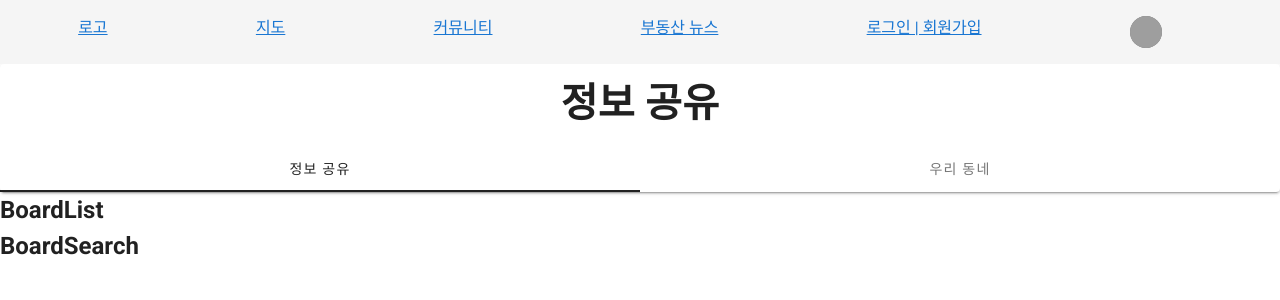
Repository: misso88/vue-whereIsMyHome
Page: /community
An editor plug-in stored every save of this project. The page is shown before and after a run of saves, followed by the edit.
The browser window is 1280 px wide. The pictures show the whole page.
The project was rebuilt for these pictures with package versions that can differ from the ones it lists, and the page was loaded fresh each time. Also part of the build but not shown: vue.config.js, src/views/AppMain.vue, src/components/house/sidebar/HouseListItem.vue, src/components/house/sidebar/HouseList.vue, src/components/house/sidebar/HouseListFilter.vue, src/components/house/sidebar/HouseSidebar.vue, src/components/house/map/HouseMapFilter.vue, src/components/house/map/HouseMap.vue and 2 more.

Above is the page before, as saved 2022-11-16 10:41:29.

### public/index.html
<!DOCTYPE html>
<html lang="en">
  <head>
    <meta charset="utf-8" />
    <meta http-equiv="X-UA-Compatible" content="IE=edge" />
    <meta name="viewport" content="width=device-width,initial-scale=1.0" />
    <link rel="icon" href="<%= BASE_URL %>favicon.ico" />
    <title><%= htmlWebpackPlugin.options.title %></title>
    <link
      rel="stylesheet"
      href="https://fonts.googleapis.com/css?family=Roboto:100,300,400,500,700,900"
    />
    <link
      rel="stylesheet"
      href="https://cdn.jsdelivr.net/npm/@mdi/font@latest/css/materialdesignicons.min.css"
    />
    <link
      rel="stylesheet"
      href="https://fonts.googleapis.com/css?family=Roboto:100,300,400,500,700,900"
    />
    <link
      rel="stylesheet"
      href="https://cdn.jsdelivr.net/npm/@mdi/font@latest/css/materialdesignicons.min.css"
    />
    <!-- <style>
      html{
        overflow-y: hidden !important;
      }
    </style> -->
  </head>
  <body>
    <noscript>
      <strong
        >We're sorry but <%= htmlWebpackPlugin.options.title %> doesn't work properly without
        JavaScript enabled. Please enable it to continue.</strong
      >
    </noscript>
    <div id="app"></div>
    <!-- built files will be auto injected -->
  </body>
</html>

### src/App.vue
<template>
  <v-app>
    <v-app-bar app elevation="0" absolute clipped-left>
      <the-header></the-header>
    </v-app-bar>
    <v-main>
      <router-view></router-view>
    </v-main>
  </v-app>
</template>

<script>
import TheHeader from "@/components/layout/TheHeader";

export default {
  name: "App",
  components: {
    TheHeader,
  },
};
</script>

### src/router/index.js
import Vue from 'vue'
import VueRouter from 'vue-router'

import AppMain from '@/views/AppMain'
import AppHouse from '@/views/AppHouse'
// import AppCommunity from '@/views/AppCommunity'
import AppNews from '@/views/AppNews'
// import AppMember from '@/views/AppMember'


Vue.use(VueRouter)

const routes = [
  {
    path: '/',
    name: 'main',
    component: AppMain
  },
  {
    path: '/map',
    name: 'map',
    component: AppHouse
  },
  {
    path: '/community',
    name: 'community',
    component: () => import("@/views/AppCommunity"),
    redirect: "/community/list",
    children: [
      {
        path: "list",
        name: "boardlist",
        component: () => import("@/components/board/BoardList")
      },
    ]
  },
  {
    path: '/news',
    name: 'news',
    component: AppNews
  },
  {
    path: '/member',
    name: 'member',
    component: () => import("@/views/AppMember"),
    children: [
      {
        path: "login",
        name: "login",
        component: () => import("@/components/member/MemberLogin")
      },
      {
        path: "join",
        name: "join",
        component: () => import("@/components/member/MemberJoin")
      },
    ]
  },
  {
    path: "/profile",
    name: "profile",
    component: () => import("@/views/TempProfile"),
    children: [
      {
        path: "mypage",
        name: "mypage",
        component: () => import("@/components/profile/ProfileMypage")
      },
      {
        path: "wishlist",
        name: "wishlist",
        component: () => import("@/components/profile/ProfileWishlist")
      },
      {
        path: "notice",
        name: "notice",
        component: () => import("@/components/profile/ProfileNotice")
      },
      {
        path: "helpcenter",
        name: "helpcenter",
        component: () => import("@/components/profile/ProfileHelpcenter")
      },
    ]
  },
]

const router = new VueRouter({
  mode: 'history',
  base: process.env.BASE_URL,
  routes
})

export default router

### src/store/index.js
import Vue from 'vue'
import Vuex from 'vuex'
import createPersistedState from "vuex-persistedstate";

Vue.use(Vuex)

export default new Vuex.Store({
  state: {
    type: null,
  },
  getters: {
  },
  mutations: {
    SET_TYPE (state, type) {
      state.type = type;
    },
  },
  actions: {
  },
  modules: {},
  plugins: [
    createPersistedState({
      // 브라우저 종료시 제거하기 위해 localStorage가 아닌 sessionStorage로 변경. (default: localStorage)
      storage: sessionStorage,
    }),
  ],

})

### src/components/layout/TheHeader.vue
<template>
  <v-row  class="d-flex justify-space-around">
    <router-link
      v-for="item in header" :key="item.name"
      :to="{ name: item.name}" > {{ item.title }}</router-link>
    <!-- 프로필 -->
     <v-avatar
          class="mr-10"
          color="grey darken-1"
          size="32"
        >
      <v-menu offset-y>
      <template v-slot:activator="{ on, attrs }">
        <v-btn
          color="grey"
          v-bind="attrs"
          v-on="on"
        >
          <!-- 프로필 이미지 -->
        </v-btn>
      </template>
      <v-list>
        <v-list-item
          v-for="(item, index) in profile"
          :key="index"
        >
          <router-link :to="{ name: item.name}" > {{ item.title }}</router-link>
        </v-list-item>
      </v-list>
    </v-menu>
    </v-avatar>
  </v-row>
</template>

<script>
export default {
    name: "TheHeader",
    data() {
        return {
          header: [],
          profile: []
        };
    },
    created() {
      this.header = [
        {
          name: "main",
          title: "로고"
        },
        {
          name: "map",
          title: "지도"
        },
        {
          name: "community",
          title: "커뮤니티"
        },
        {
          name: "news",
          title: "부동산 뉴스"
        },
        {
          name: "login",
          title: "로그인 | 회원가입"
        },
      ],
      this.profile = [
        {
          name: "mypage",
          title: "내정보"
        },
        {
          name: "wishlist",
          title: "찜 목록"
        },
        {
          name: "notice",
          title: "공지사항"
        },
        {
          name: "helpcenter",
          title: "고객센터"
        },
        {
          name: "mypage",
          title: "로그아웃"
        },
      ]
    }
}
</script>

<style>

</style>

### src/views/AppCommunity.vue
<template>
  <div>
    <board-header></board-header>
    <router-view></router-view>
  </div>

</template>

<script>
import BoardHeader from "@/components/board/BoardHeader";

export default {
  name: "AppCommunity",
  components: {
    BoardHeader,
  },
};
</script>

<style>

</style>

### src/components/board/BoardList.vue
<template>
  <div>
    <h2>BoardList</h2>
    <board-search></board-search>
    <div>{{ type }}</div>
  </div>
</template>

<script>
import BoardSearch from "@/components/board/BoardSearch";
export default {
    name: "BoardList",
    data() {
        return {
            type: 0
        }
    },
    created() {
        console.log("created");
        this.type = this.$store.state.type;
        console.log(this.type);
    },
    components: {
        BoardSearch
    }
}
</script>

<style>

</style>

### src/components/board/BoardHeader.vue
<template>
  <!-- <div>
    <h2>BoardHeader</h2>
    <button @click="a('1')">정보 공유</button>
    <button @click="a('2')">우리 동네</button>
  </div> -->
  <v-card color="basil">
    <v-card-title class="text-center justify-center py-6">
      <h1 val class="font-weight-bold basil--text">
        {{tab}}
      </h1>
    </v-card-title>
    <v-tabs
      background-color="transparent"
      color="basil"
      grow
    >
      <v-tab
        v-for="item in tabs"
        :key="item"
      >
        {{ item.title }}
      </v-tab>
    </v-tabs>
  </v-card>
</template>

<script>
export default {
    name: "BoardHeader",
    data () {
      return {
        tab: null,
        tabs: [
          {
            type: 1,
            title: "정보 공유"
          },
          {
            type: 2,
            title: "우리 동네"
          },
        ],
        text: 'Lorem ipsum dolor sit amet, consectetur adipiscing elit, sed do eiusmod tempor incididunt ut labore et dolore magna aliqua. Ut enim ad minim veniam, quis nostrud exercitation ullamco laboris nisi ut aliquip ex ea commodo consequat.',
      }
    },
    created() {
      this.tab = this.tabs[0].title;
    },
    methods: {
        a(type){
            this.$store.commit("SET_TYPE", type);
            this.$router.go({
                name: "boardlist",
            });
        }
    },
};
</script>

<style>

</style>

### src/components/board/BoardSearch.vue
<template>
  <div>
    <h2>BoardSearch</h2>
  </div>
</template>

<script>
export default {

}
</script>

<style>

</style>

Loaded but not shown: src/main.js (common file); src/plugins/vuetify.js (common file)

After the next 2 saves:
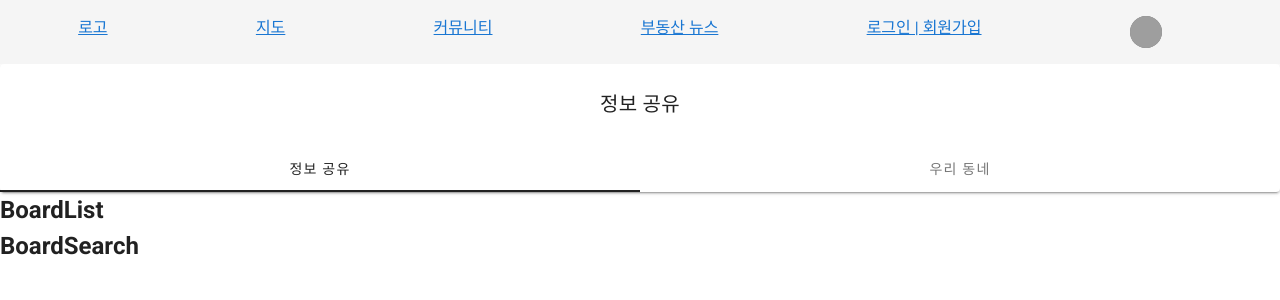
The 2 saves are shown as one change because they came seconds apart.
The last was saved 6 s later.
--- a/src/components/board/BoardHeader.vue
+++ b/src/components/board/BoardHeader.vue
@@ -6,9 +6,7 @@
   </div> -->
   <v-card color="basil">
     <v-card-title class="text-center justify-center py-6">
-      <h1 val class="font-weight-bold basil--text">
-        {{tab}}
-      </h1>
+      {{tab}}
     </v-card-title>
     <v-tabs
       background-color="transparent"

After the 2 saves that followed:
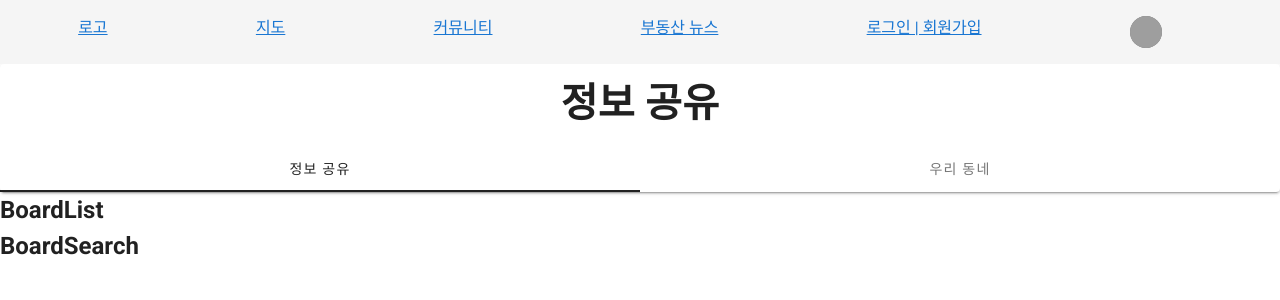
The 2 saves are shown as one change because they came seconds apart.
The last was saved 5 s later.
--- a/src/components/board/BoardHeader.vue
+++ b/src/components/board/BoardHeader.vue
@@ -6,7 +6,9 @@
   </div> -->
   <v-card color="basil">
     <v-card-title class="text-center justify-center py-6">
-      {{tab}}
+      <h1 val class="font-weight-bold basil--text">
+        {{tab}}
+      </h1>
     </v-card-title>
     <v-tabs
       background-color="transparent"
